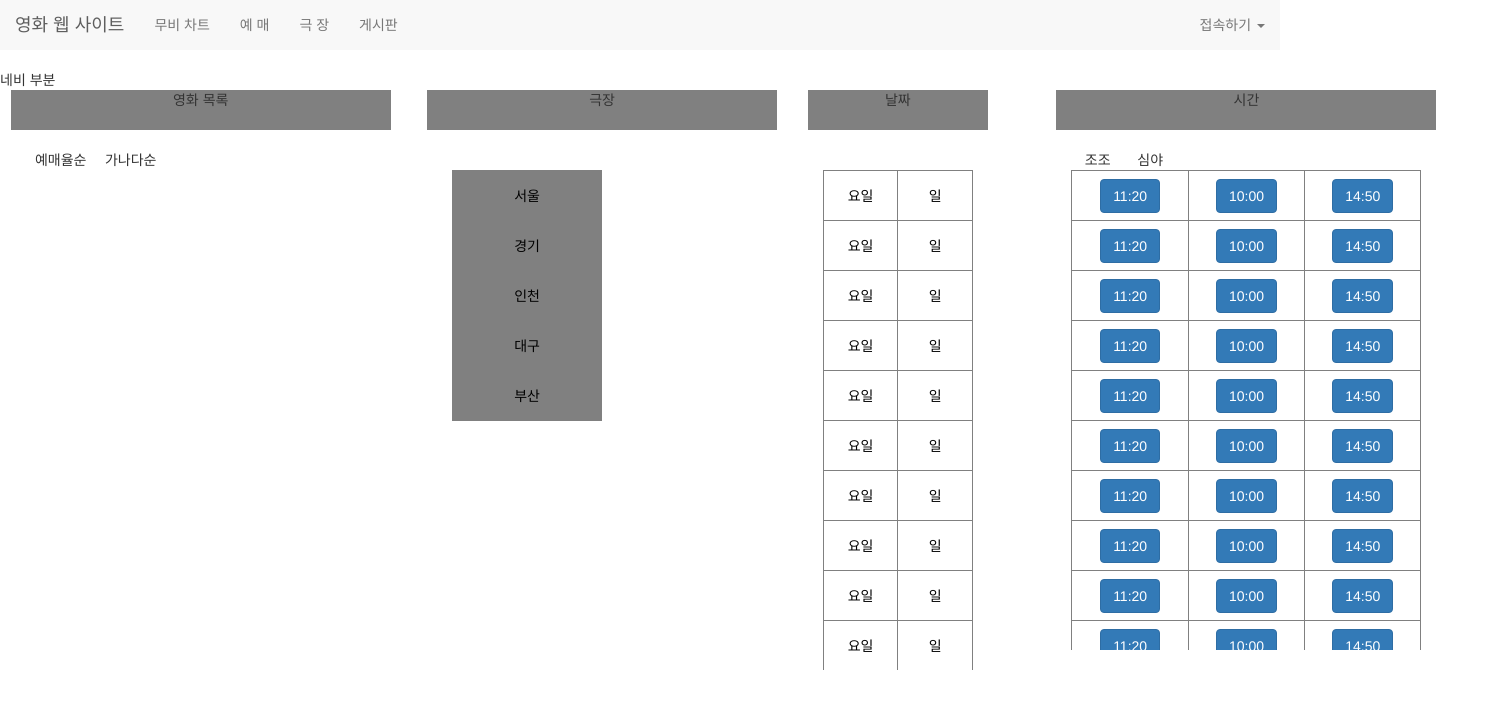
Repository: Gotaemin/java
Page: http://localhost/BBS/movieReserve.jsp
An editor plug-in stored every save of this project. The page is shown before and after a run of saves, followed by the edit.
The browser window is 1280 px wide. The page is 1500 px wide, so the pictures cover 1500 px, including what lies to the right of the window. The pictures show the whole page.
Some web libraries are served in a nearby version. The page is served by Tomcat 9. Other server files are loaded and not shown. The template is opened directly, without the code that normally fills it, so the values that code supplies are empty.

Above is the page before, as saved 2020-03-18 01:58:11.

### BBS/BBS/WebContent/movieReserve.jsp
<%@ page language="java" contentType="text/html; charset=UTF-8"
	pageEncoding="UTF-8"%>

<%@ page import="java.io.PrintWriter"%>
<%@ page import="java.util.ArrayList"%>
<%@ page import="vo.Movie"%>

<%@ taglib prefix="c" uri="http://java.sun.com/jsp/jstl/core"%>

<!DOCTYPE html>
<html>
<head>
<meta charset="UTF-8">

<meta name="viewport" content="width=device-width" ,initial-scale="1">
<link rel="stylesheet" href="css/bootstrap.css">

<style type="text/css">
a, a:hover{
		color: #000000;
		text-decoration:none;
	}

#a th, #a td {
	border: 1px solid gray;
	height:50px;
}
tr{
	text-align: center;
}


.local{
	background-color: gray;
}


#movie_movieList {
	max-height: 500px;
	overflow-y: scroll;
	width: 380px;
}

#movie_Threater {
	max-height: 500px;
	overflow-y: scroll;
	width: 380px;
}

#movie_Date {
	max-height: 500px;
	overflow-y: scroll;
	width: 180px;
}

#movie_Time {
	max-height: 500px;
	overflow-y: scroll;
	width: 480px;
}

</style>
<title>Insert title here</title>
</head>
<body>


	<%
		String userID = null;
		if (session.getAttribute("userID") != null) {
			userID = (String) session.getAttribute("userID");
		}
	%>

	<script src="https://code.jquery.com/jquery-3.1.1.min.js"></script>
	<script src="js/bootstrap.js"></script>


	<nav class="navbr navbar-default" style="margin-bottom: 20px;">

		<div class="navbar-header">
			<button type="button" class="navbar-toggle collapsed"
				data-toggle="collapse" data-target="#bs-example-navbar-collapse-1"
				aria-expanded="false">
				<span class="icon-bar"></span> <span class="icon-bar"></span> <span
					class="icon-bar"></span>
			</button>
			<a class="navbar-brand" href="MovieMain.jsp">영화 웹 사이트</a>
		</div>


		<div class="collapse navbar-collapse"
			id="#bs-example-navbar-collapse-1">
			<ul class="nav navbar-nav">
				<li><a href="movieList.movie">무비 차트</a></li>
				<li><a href="#">예 매</a></li>
				<li><a href="#">극 장</a></li>
				<li><a href="bbs.jsp">게시판</a></li>
			</ul>

			<%
				if (userID == null) {
			%>
			<ul class="nav navbar-nav navbar-right">
				<li class="dropdown"><a href="#" class="dropdown-toggle"
					data-toggle="dropdown" role="button" aria-haspopup="true"
					aria-expanded="false">접속하기 <span class="caret"></span>
				</a>

					<ul class="dropdown-menu">
						<li><a href="login.jsp">로그인</a></li>
						<li><a href="join.jsp">회원가입</a></li>
					</ul></li>
			</ul>
			<%
				} else {
			%>
			<ul class="nav navbar-nav navbar-right">
				<li class="dropdown"><a href="#" class="dropdown-toggle"
					data-toggle="dropdown" role="button" aria-haspopup="true"
					aria-expanded="false">회원관리 <span class="caret"></span>
				</a>

					<ul class="dropdown-menu">
						<li><a href="logout.jsp">로그아웃</a></li>

					</ul></li>
			</ul>
			<%
				}
			%>

		</div>
	</nav>

	<div id="container">

		<div class="navi">네비 부분</div>

<!-- 		style="width:380px" -->
		<div  style="display: table;  word-break: break-all; width: 1500px; height: 500px; background: skyblue">
			<div style="display: table-row;">

				<!-- 영화제목 리스트 출력 -->
				<div align=center style="display: table-cell; background: white;">
					<div  style="padding:auto; width: 380px; height: 40px; background: gray; margin-bottom: 20px;">영화 목록</div>
					<div id="movie_movieList">
						<table style="width: 350px;">
							<colgroup>
								<col width="20%">
								<col width="20%">
								<col width="60">
							</colgroup>
							<thead>
								<tr>
									<td>예매율순</td>
									<td>가나다순</td>
									<td></td>
								</tr>
							</thead>
						</table>
						<div>
							<table style="width: 350px;">
								<colgroup>
									<col width="20%">
									<col width="80%">
								</colgroup>
								<tbody id="a">
									<c:forEach var="movie" items="${movieTitle}" varStatus="status">
										<tr>
											<td>
												<c:choose>
												<c:when test="${movie.ageLimit == 0}">
													<img src="image/all.png" style="width: 45px;height: 45px;"/>
												</c:when>
												<c:when test="${movie.ageLimit == 12}">
													<img src="image/12.png" style="width: 45px;height: 45px;"/>
												</c:when>
												<c:when test="${movie.ageLimit == 15}">
													<img src="image/15.png" style="width: 45px;height: 45px;"/>
												</c:when>
												<c:when test="${movie.ageLimit == 19}">
													<img src="image/19.png" style="width: 45px;height: 45px;"/>
												</c:when>
												</c:choose>
											</td>
											<td><a href ="#">${movie.title}</a></td>
										</tr>
									</c:forEach>
								</tbody>
							</table>
						</div>
					</div>
				</div>

				<!-- 극장 리스트 출력 -->

				<div align=center style="display: table-cell; background: white;">
					<div class="test_content" style="width: 350px; height: 40px; background: gray; margin-bottom: 20px;">극장</div>
					<div id="movie_Threater">
						<%
							String city = "seoul";
						%>

						<br>
						<div style="display: table-cell;">
							<table id="#example-table-1" style="width: 150px;">
								<tbody id="a" class="local">
									<tr>
										<td><a href="selectCity.movie?city=seoul">서울</a></td>
									</tr>
									<tr>
										<td><a href="selectCity.movie?city=gyoung">경기</a></td>
									</tr>
									<tr>
										<td><a href="selectCity.movie?city=incheon">인천</a></td>
									</tr>
									<tr>
										<td><a href="selectCity.movie?city=daegu">대구</a></td>
									</tr>
									<tr>
										<td><a href="selectCity.movie?city=busan">부산</a></td>
									</tr>
								</tbody>
							</table>
						</div>
						<div style="display: table-cell;">
							<table style="width: 150px;">
								<tbody id="a">
									<c:forEach var="theater" items="${theaterLocal}" varStatus="status">
										<tr>
											<td><a href ="#">${theater.local}</a></td>
										</tr>
									</c:forEach>
								</tbody>
							</table>
						</div>
					</div>

				</div>




				<!-- 영화 상영 날짜 출력 -->
				<div align=center style="display: table-cell; background: white;">
					<div class="test_content" style="width: 180px; height: 40px; background: gray; margin-bottom: 20px;">날짜</div>
					<br>
					<div id="movie_Date">
						<div>
							<table style="width: 150px;">
								<colgroup>
									<col width="50%">
									<col width="50%">
								</colgroup>
								<tbody id="a">
									<%
										for (int i = 0; i < 10; i++) {
									%>
									<tr style="text-align: center;">
										<td><a href="#">요일</a></td>
										<td><a href="#">일</a></td>
									</tr>

									<%
										}
									%>
								</tbody>
							</table>
						</div>
					</div>

				</div>

				<!-- 영화 상영 가능 시간 출력 -->
				<div align=center style="display: table-cell; background: white;">
					<div class="test_content" style="width: 380px; height: 40px; background: gray; margin-bottom: 20px;">시간</div>
					<div id="movie_Time">
						<table style="width: 350px;">
							<colgroup>
								<col width="15%">
								<col width="15%">
								<col width="70%">
							</colgroup>
							<thead>
								<tr>
									<td>조조</td>
									<td>심야</td>
									<td></td>
								</tr>
							</thead>
						</table>
						<div>
							<table style="width: 350px;">
								<colgroup>
									<col width="30%">
									<col width="30%">
									<col width="30%">
								</colgroup>
								<tbody id="a">
									<%
										for (int i = 0; i < 10; i++) {
									%>
									<tr>
										<td><input class="btn btn-primary btn-pull" type="button" value="11:20"></td>
										<td><input class="btn btn-primary btn-pull" type="button" value="10:00"></td>
										<td><input class="btn btn-primary btn-pull" type="button" value="14:50"></td>
									</tr>

									<%
										}
									%>
								</tbody>
							</table>
						</div>
					</div>
				</div>
			</div>

<!-- 			body -->
		</div>

	</div>




</body>
</html>

Loaded but not shown: BBS/BBS/WebContent/css/bootstrap.css (library); BBS/BBS/WebContent/js/bootstrap.js (library)

After the next 2 saves:
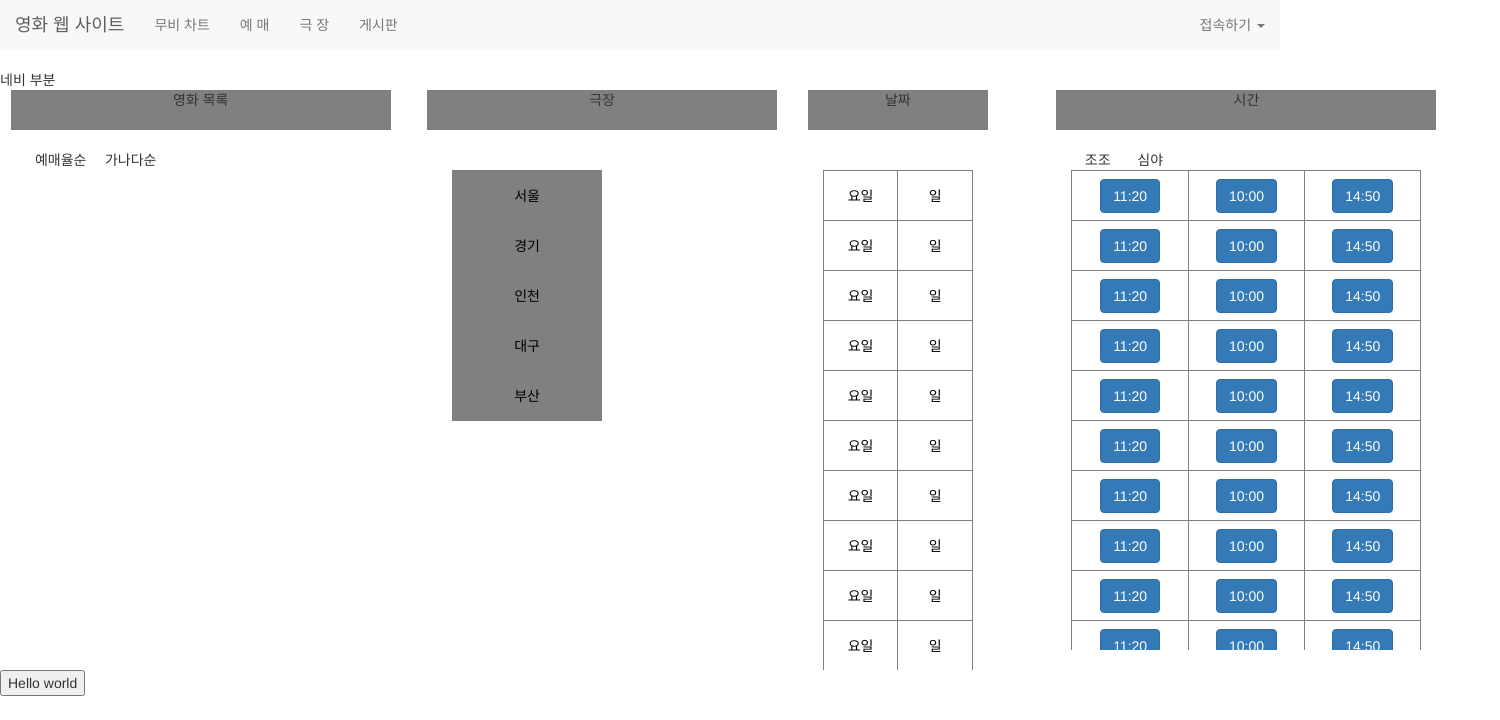
The 2 saves are shown as one change because they came seconds apart.
The last was saved 11 s later.
--- a/BBS/BBS/WebContent/movieReserve.jsp
+++ b/BBS/BBS/WebContent/movieReserve.jsp
@@ -322,6 +322,13 @@ tr{
 
 	</div>
 
+	<input type="button" id="hw" value="Hello world" />
+    <script type="text/javascript">
+        var hw = document.getElementById('hw');
+        hw.addEventListener('click', function(){
+            alert('Hello world');
+        })
+    </script>
 
 
 
